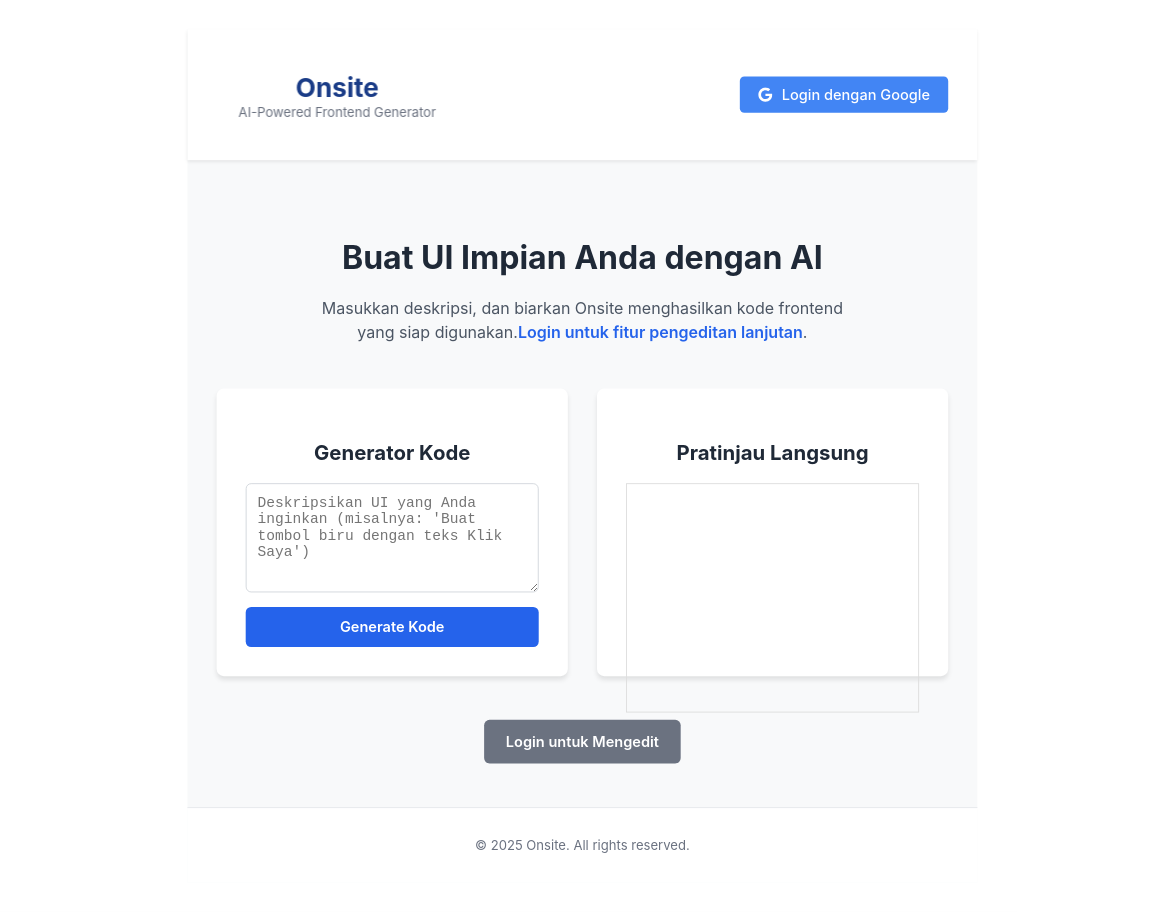
Repository: arifsoul/onsite
Page: / (app in onsite/)
The author's editor kept a copy of each file at every save. The page is drawn from the files as they stood at one save, then again after the next save.
The browser window is 1280 px wide. The pictures show the whole page, at 91% of full size.
The project was rebuilt for these pictures with package versions that can differ from the ones it lists, and the page was loaded fresh each time. Also part of the build but not shown: onsite/vite.config.js, onsite/src/components/Editor/CSSPanel.jsx, onsite/src/components/Editor/JSPanel.jsx, onsite/src/components/Editor/ComponentEditor.css, onsite/src/components/Editor/ComponentEditor.jsx, onsite/src/pages/Editor.jsx, onsite/src/pages/Login.css, onsite/src/pages/Login.jsx.

Above is the page before, as saved 2025-04-14 16:52:47.

After the next save:
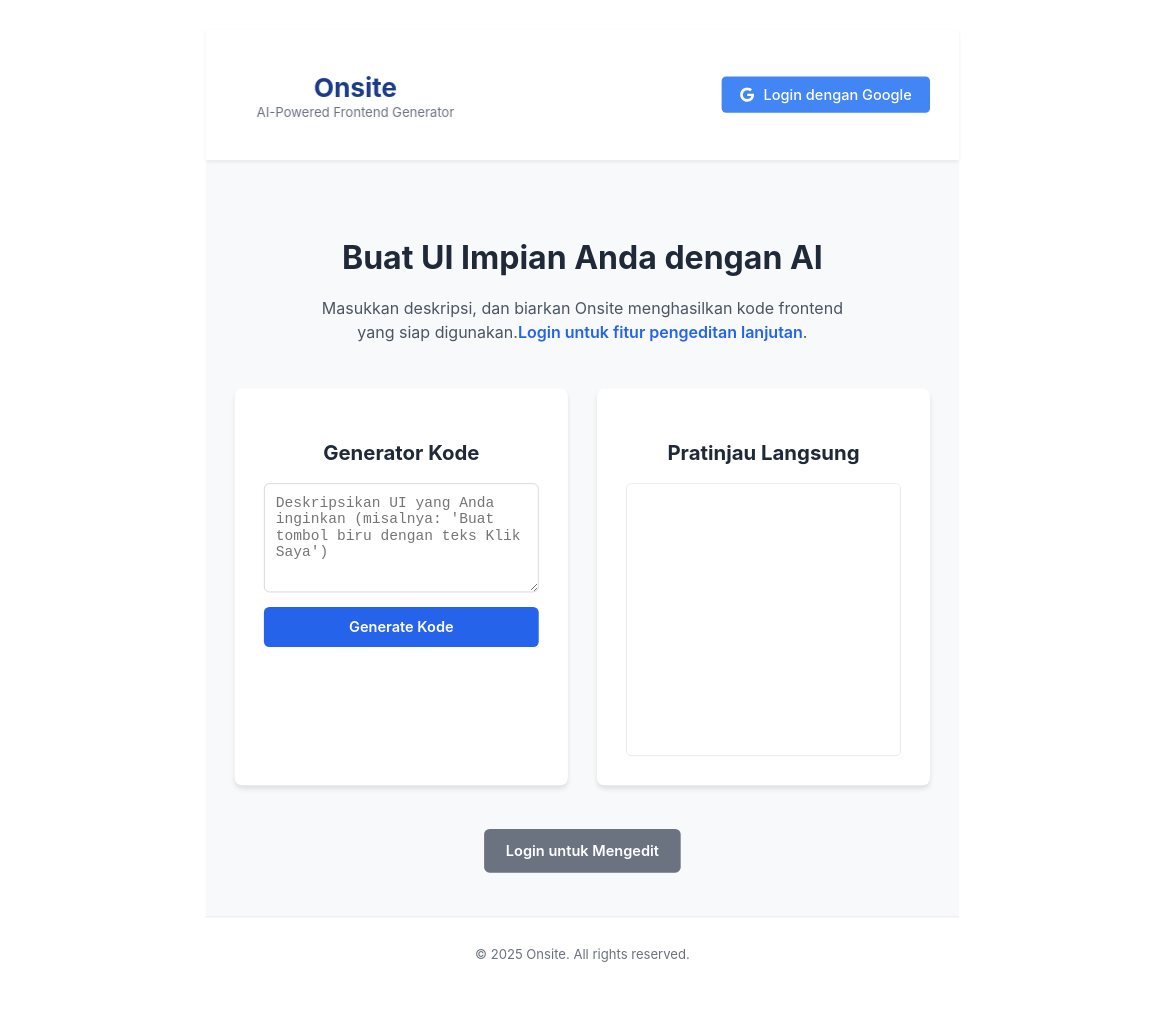
Saved 24 s later.
--- a/onsite/src/components/Preview/LivePreview.css
+++ b/onsite/src/components/Preview/LivePreview.css
@@ -1,11 +1,14 @@
 .preview-container {
-  border: 1px solid #ddd;
-  padding: 10px;
-  height: 100%;
+  width: 100%;
+  height: 300px;
+  border: 1px solid #e5e7eb;
+  border-radius: 6px;
+  overflow: hidden;
 }
 
 .preview-iframe {
   width: 100%;
   height: 100%;
   border: none;
+  background-color: #ffffff;
 }
